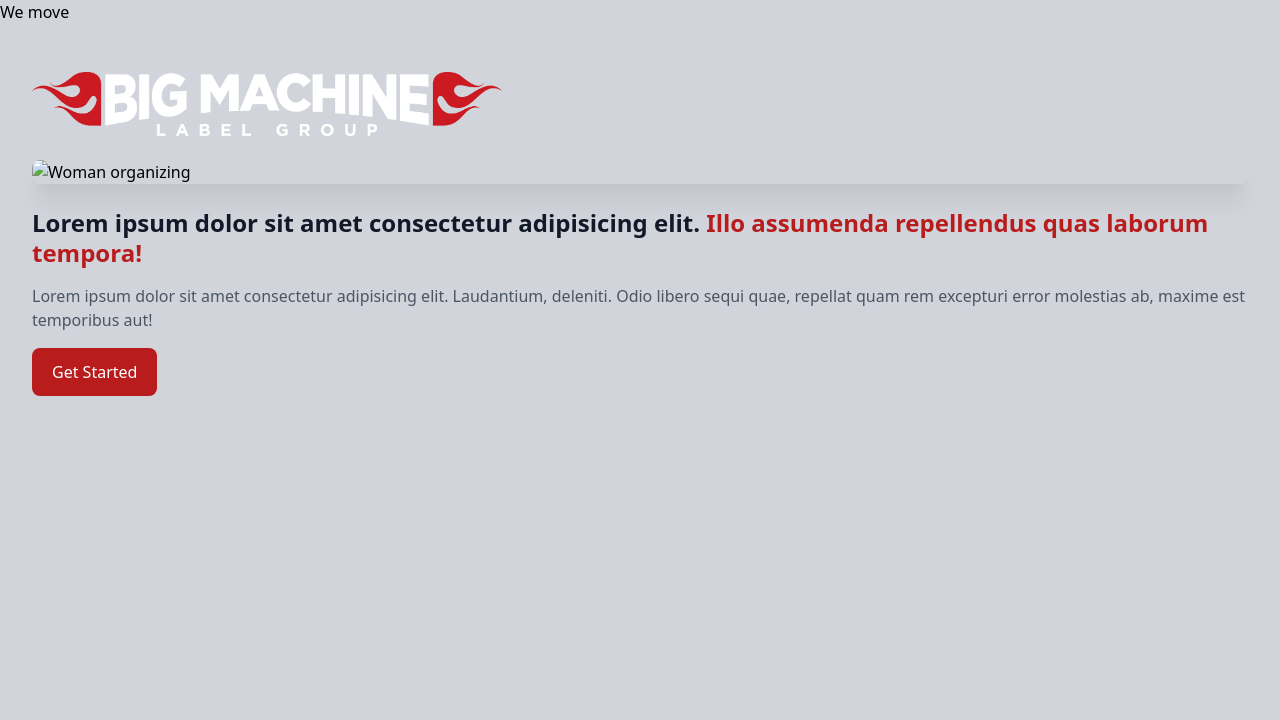
Repository: thasquirrie/fanmanagement
Page: / (app in frontend/)
An editor plug-in stored every save of this project. The page is shown before and after the next save, followed by the edit.
The browser window is 1280 px wide. The pictures show the whole page.
The project was rebuilt for these pictures with package versions that can differ from the ones it lists, and the page was loaded fresh each time. A package was used in the major version that the imports need, not the one package.json lists. Also part of the build but not shown: frontend/craco.config.js, frontend/src/App.css.

Above is the page before, as saved 2021-05-25 14:29:25.
Not found: Communication.png

### frontend/public/index.html
<!DOCTYPE html>
<html lang="en">

<head>
  <meta charset="utf-8" />
  <link rel="icon" href="%PUBLIC_URL%/favicon.ico" />
  <meta name="viewport" content="width=device-width, initial-scale=1" />
  <meta name="theme-color" content="#000000" />
  <meta name="description" content="Web site created using create-react-app" />
  <link rel="apple-touch-icon" href="%PUBLIC_URL%/logo192.png" />
  <!--
      manifest.json provides metadata used when your web app is installed on a
      user's mobile device or desktop. See https://developers.google.com/web/fundamentals/web-app-manifest/
    -->
  <link rel="manifest" href="%PUBLIC_URL%/manifest.json" />
  <!--
      Notice the use of %PUBLIC_URL% in the tags above.
      It will be replaced with the URL of the `public` folder during the build.
      Only files inside the `public` folder can be referenced from the HTML.

      Unlike "/favicon.ico" or "favicon.ico", "%PUBLIC_URL%/favicon.ico" will
      work correctly both with client-side routing and a non-root public URL.
      Learn how to configure a non-root public URL by running `npm run build`.
    -->
  <title>React App</title>
</head>

<body class='bg-gray-300'>
  <noscript>You need to enable JavaScript to run this app.</noscript>
  <div id="root">
    <p></p>
  </div>
  <!--
      This HTML file is a template.
      If you open it directly in the browser, you will see an empty page.

      You can add webfonts, meta tags, or analytics to this file.
      The build step will place the bundled scripts into the <body> tag.

      To begin the development, run `npm start` or `yarn start`.
      To create a production bundle, use `npm run build` or `yarn build`.
    -->
</body>

</html>

### frontend/src/index.css
body {
 margin: 0;
 font-family: -apple-system, BlinkMacSystemFont, 'Segoe UI', 'Roboto', 'Oxygen',
  'Ubuntu', 'Cantarell', 'Fira Sans', 'Droid Sans', 'Helvetica Neue', sans-serif;
 -webkit-font-smoothing: antialiased;
 -moz-osx-font-smoothing: grayscale;
}

code {
 font-family: source-code-pro, Menlo, Monaco, Consolas, 'Courier New', monospace;
}

@tailwind base;
@tailwind components;
@tailwind utilities;

### frontend/src/App.js
import { Route, BrowserRouter, Switch } from 'react-router-dom';
import Header from './components/Header';
import HomeScreen from './screens/HomeScreen';
// import logo from './logo.svg';
import './App.css';

function App() {
 return (
  <BrowserRouter>
   <Header />
   <main className='container'>
    <Switch>
     <Route path='/' component={HomeScreen} />
    </Switch>
   </main>
  </BrowserRouter>
 );
}

export default App;

### frontend/src/components/Header.jsx
import React from 'react';
import { NavLink } from 'react-router-dom';

const Header = () => {
 let collapse = document.querySelector('#navbar-collapse');

 const handleClick = (e) => {
  console.log(collapse);
  collapse.classList.toggle('hidden');
  collapse.classList.toggle('flex');
 };

 return (
  <div>We move</div>
  // <nav className='bg-white py-2 md:py-4'>
  //  <div className='container px-4 mx-auto md:flex md:items-center'>
  //   <div className='flex justify-between items-center'>
  //    <NavLink to='/' className='font-bold text-xl text-indigo-600'>
  //     FWR
  //    </NavLink>
  //    <button
  //     className='border border-solid border-gray-600 px-3 py-1 rounded text-gray-600 opacity-50 hover:opacity-75 md:hidden'
  //     id='navbar-toggle'
  //     onClick={handleClick}
  //    >
  //     <i className='fas fa-bars'></i>
  //    </button>
  //   </div>

  //   <div
  //    className='md:flex flex-col md:flex-row md:ml-auto mt-3 md:mt-0  hidden'
  //    id='navbar-collapse'
  //   >
  //    <NavLink
  //     to='/'
  //     className='p-2 lg:px-4 md:mx-2 text-white rounded active:bg-indigo-600'
  //    >
  //     Home
  //    </NavLink>
  //    <NavLink
  //     to='#'
  //     className='p-2 lg:px-4 md:mx-2 text-gray-600 rounded hover:bg-gray-200 hover:text-gray-700 transition-colors duration-300 active:bg-indigo-600'
  //    >
  //     About
  //    </NavLink>
  //    <NavLink
  //     to='#'
  //     className='p-2 lg:px-4 md:mx-2 text-gray-600 rounded hover:bg-gray-200 hover:text-gray-700 transition-colors duration-300'
  //    >
  //     Features
  //    </NavLink>
  //    <NavLink
  //     to='#'
  //     className='p-2 lg:px-4 md:mx-2 text-gray-600 rounded hover:bg-gray-200 hover:text-gray-700 transition-colors duration-300'
  //    >
  //     Pricing
  //    </NavLink>
  //    <NavLink
  //     to='#'
  //     className='p-2 lg:px-4 md:mx-2 text-gray-600 rounded hover:bg-gray-200 hover:text-gray-700 transition-colors duration-300'
  //    >
  //     Contact
  //    </NavLink>
  //    <NavLink
  //     to='#'
  //     className='p-2 lg:px-4 md:mx-2 text-indigo-600 text-center border border-transparent rounded hover:bg-indigo-100 hover:text-indigo-700 transition-colors duration-300'
  //    >
  //     Login
  //    </NavLink>
  //    <NavLink
  //     to='#'
  //     className='p-2 lg:px-4 md:mx-2 text-indigo-600 text-center border border-solid border-indigo-600 rounded hover:bg-indigo-600 hover:text-white transition-colors duration-300 mt-1 md:mt-0 md:ml-1'
  //    >
  //     Signup
  //    </NavLink>
  //   </div>
  //  </div>
  // </nav>
 );
};

export default Header;

### frontend/src/screens/HomeScreen.jsx
import React from 'react';

const HomeScreen = () => {
 return (
  <>
   <div className='px-8 py-12'>
    <img className='lg:h-16' src='/img/pngegg.png' alt='Big Machine' />
    <img
     className='mt-6 rounded-lg shadow-xl'
     src='Communication.png'
     alt='Woman organizing'
    />
    <h1 className='mt-6 text-2xl font-bold text-gray-900 leading-tight'>
     Lorem ipsum dolor sit amet consectetur adipisicing elit.{' '}
     <span className='text-red-700'>
      Illo assumenda repellendus quas laborum tempora!
     </span>
    </h1>
    <p className='mt-4 text-gray-600'>
     Lorem ipsum dolor sit amet consectetur adipisicing elit. Laudantium,
     deleniti. Odio libero sequi quae, repellat quam rem excepturi error
     molestias ab, maxime est temporibus aut!
    </p>

    <div className='mt-4'>
     <button className='inline-block px-5 py-3 rounded-lg bg-red-700 text-white'>
      Get Started
     </button>
    </div>
   </div>
  </>
 );
};

export default HomeScreen;

Loaded but not shown: frontend/src/index.js (common file); frontend/src/reportWebVitals.js (common file); frontend/tailwind.config.js (common file)

After the next save:
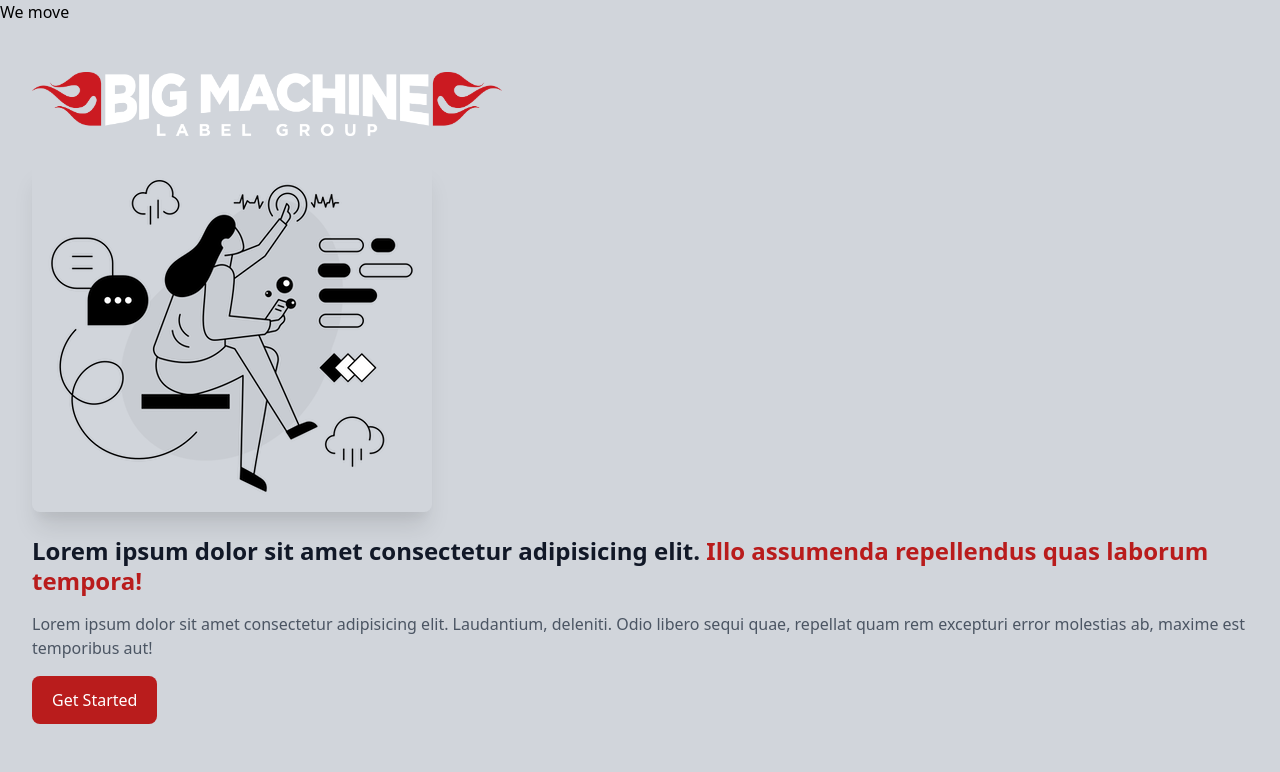
Saved 12 s later.
--- a/frontend/src/screens/HomeScreen.jsx
+++ b/frontend/src/screens/HomeScreen.jsx
@@ -7,7 +7,7 @@
     <img className='lg:h-16' src='/img/pngegg.png' alt='Big Machine' />
     <img
      className='mt-6 rounded-lg shadow-xl'
-     src='Communication.png'
+     src='/img/Communication.png'
      alt='Woman organizing'
     />
     <h1 className='mt-6 text-2xl font-bold text-gray-900 leading-tight'>
